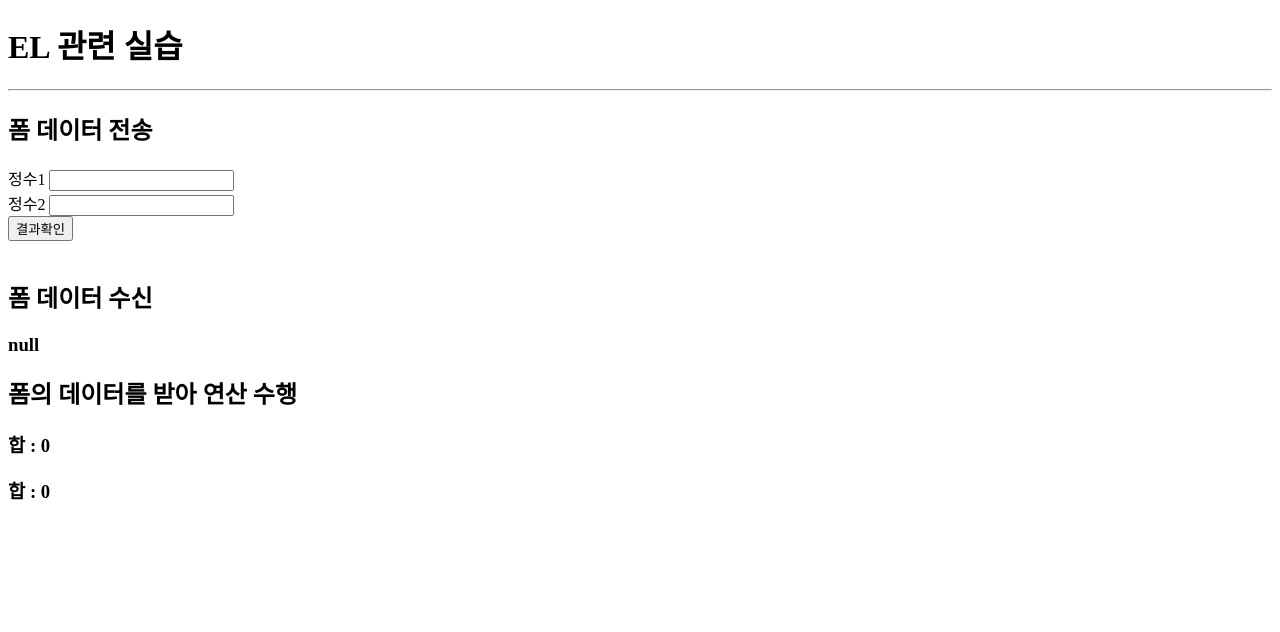
Repository: hyyrim/WebStudy
Page: http://localhost/WebApp22/Test01.jsp
An editor plug-in stored every save of this project. The page is shown before and after the next save, followed by the edit.
The browser window is 1280 px wide. The pictures show the whole page.
The page is served by Tomcat 9.

Above is the page before, as saved 2021-05-26 05:04:14.

After the next save:
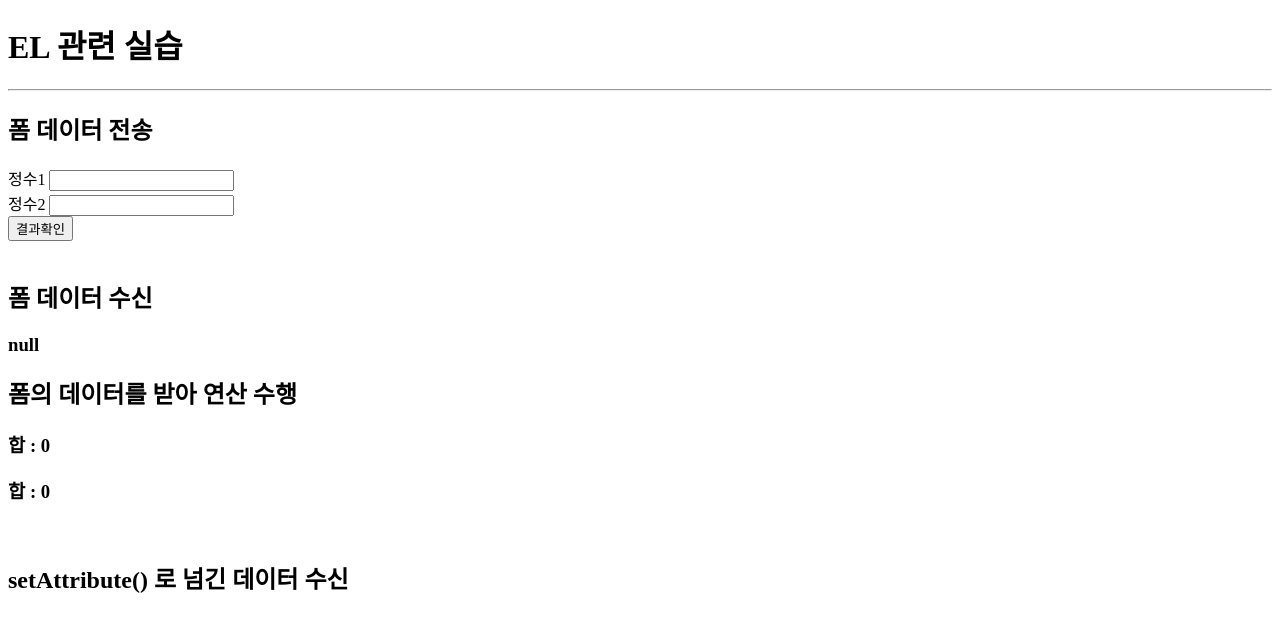
Saved 92 s later.
--- a/WebApp22/WebContent/Test01.jsp
+++ b/WebApp22/WebContent/Test01.jsp
@@ -4,6 +4,11 @@
 	request.setCharacterEncoding("UTF-8");
 	String cp = request.getContextPath();
 %>
+<%
+	request.setAttribute("result", "박나현테스트");
+
+%>
+
 <!DOCTYPE html>
 <html>
 <head>
@@ -67,8 +72,17 @@
 	<!-- → 필요한 캐스팅도 알아서 자동으로 수행…  -->
 	<!-- → null을 대하는 방식 check~!!(유연하다)  -->
 
+</div>
+
+<br>
+
+<div>
+	<h2>setAttribute() 로 넘긴 데이터 수신</h2>
+
+
 
 </div>
 
+
 </body>
 </html>
